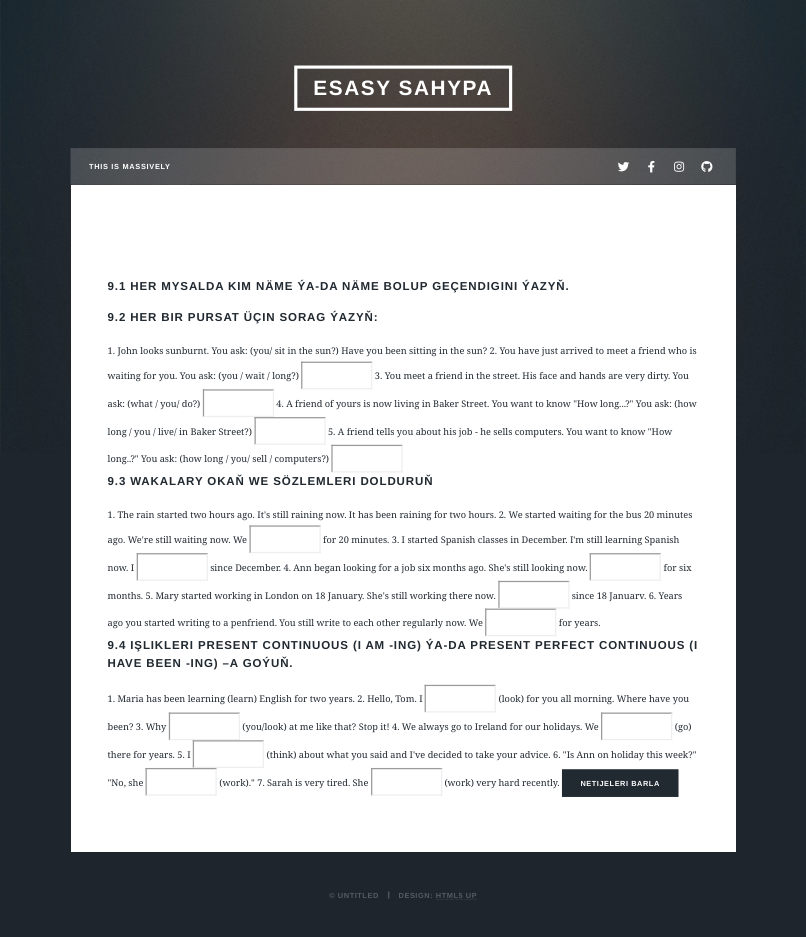
Repository: Sahet-dev/English-grammar-app
Page: test/test_unit _9.html
These files come from the project's save history. The page is drawn as it stood at one moment and after the next save; the edit follows.
The browser window is 1280 px wide. The pictures show the whole page, at 63% of full size.
Some web fonts or font styles are not loaded; a fallback is used.

Above is the page before, as saved 2022-06-24 16:01:48.

### test/test_unit _9.html
<!DOCTYPE HTML>
<!--
	Massively by HTML5 UP
	html5up.net | @ajlkn
	Free for personal and commercial use under the CCA 3.0 license (html5up.net/license)
-->
<html>
	<head>
		<title>Test </title>
		<meta charset="utf-8" />
		<meta name="viewport" content="width=device-width, initial-scale=1, user-scalable=no" />
		<link rel="stylesheet" href="../assets/css/test.css" />
		<noscript><link rel="stylesheet" href="../assets/css/noscript.css" /></noscript>
	</head>
	<body class="is-preload">

		<!-- Wrapper -->
			<div id="wrapper">

				<!-- Header -->
					<header id="header">
						<a href="index.html" class="logo">Esasy Sahypa</a>
					</header>

				<!-- Nav -->
					<nav id="nav">
						<ul class="links">
							<li><a href="units/.html">This is Massively</a></li>

						</ul>
						<ul class="icons">
							<li><a href="#" class="icon brands fa-twitter"><span class="label">Twitter</span></a></li>
							<li><a href="#" class="icon brands fa-facebook-f"><span class="label">Facebook</span></a></li>
							<li><a href="#" class="icon brands fa-instagram"><span class="label">Instagram</span></a></li>
							<li><a href="#" class="icon brands fa-github"><span class="label">GitHub</span></a></li>
						</ul>
					</nav>

				<!-- Main -->
					<div id="main">

						<!-- Post -->
							<section class="post">
								<header class="major">
									<h2>


									</h2>
								</header>

								<!-- Text stuff -->

									<p>
										<form action="results-unit-1.php" method="post">




										<h3>9.1 Her mysalda kim näme ýa-da näme  bolup geçendigini ýazyň.</h3>




														<h3>9.2

															Her bir pursat üçin sorag ýazyň:</h3>

															1. John looks sunburnt. You ask: (you/ sit in
															the sun?) Have you been sitting in the sun?

															2. You have just arrived to meet a friend
															who is waiting for you. You ask: (you / wait /
															long?) <input type="text" size="7" name="answer" value="">


															3. You meet a friend in the street. His face and

															hands are very dirty. You ask: (what / you/
															do?)  <input type="text" size="7" name="answer" value="">


															4. A friend of yours is now living in Baker
															Street. You want to know "How long...?" You
															ask: (how long / you / live/ in Baker Street?)  <input type="text" size="7" name="answer" value="">

															5. A friend tells you about his job - he sells
															computers. You want to know "How long..?"
															You ask: (how long / you/ sell / computers?)  <input type="text" size="7" name="answer" value="">

														<h3>9.3

															Wakalary  okaň we sözlemleri dolduruň</h3>

															1. The rain started two hours ago. It's still
															raining now. It has been raining for two hours.

															2. We started waiting for the bus 20 minutes
															ago. We're still waiting now.

															We  <input type="text" size="7" name="answer" value=""> for 20 minutes.

															3. I started Spanish classes in December. I'm
															still learning Spanish now.

															I  <input type="text" size="7" name="answer" value=""> since December.

															4. Ann began looking for a job six months ago.
															She's still looking now.

															 <input type="text" size="7" name="answer" value=""> for six months.

															5. Mary started working in London on 18
															January. She's still working there now.

															 <input type="text" size="7" name="answer" value=""> since 18 Januarv.

															6. Years ago you started writing to a penfriend.
															You still write to each other regularly now.

															We  <input type="text" size="7" name="answer" value="">  for years.

														<h3>9.4

															Işlikleri  present continuous (I am -ing) ýa-da present perfect continuous (I have been
															-ing) –a goýuň.</h3>

															1. Maria has been learning (learn) English for
															two years.

															2. Hello, Tom. I  <input type="text" size="7" name="answer" value="">   (look) for you all morning. Where have you been?


															3. Why  <input type="text" size="7" name="answer" value="">  (you/look) at me  like that? Stop it!


															4. We always go to Ireland for our holidays.
															We  <input type="text" size="7" name="answer" value=""> (go) there for years.

															5.  I  <input type="text" size="7" name="answer" value=""> (think) about what you said and I've decided to take your advice.


															6. "Is Ann on holiday this week?" "No, she  <input type="text" size="7" name="answer" value="">  (work)."

															7. Sarah is very tired. She  <input type="text" size="7" name="answer" value=""> (work) very hard recently.




											        <button class="button primary" type="submit">Netijeleri barla</button>
										</form>



									</p>


							</section>

					</div>


				<!-- Copyright -->
					<div id="copyright">
						<ul><li>&copy; Untitled</li><li>Design: <a href="https://html5up.net">HTML5 UP</a></li></ul>
					</div>

			</div>

		<!-- Scripts -->
			<script src="assets/js/jquery.min.js"></script>
			<script src="assets/js/jquery.scrollex.min.js"></script>
			<script src="assets/js/jquery.scrolly.min.js"></script>
			<script src="assets/js/browser.min.js"></script>
			<script src="assets/js/breakpoints.min.js"></script>
			<script src="assets/js/util.js"></script>
			<script src="assets/js/main.js"></script>

	</body>
</html>

Loaded but not shown: assets/js/jquery.min.js (library); assets/js/jquery.scrollex.min.js (common file); assets/js/jquery.scrolly.min.js (common file); assets/js/browser.min.js (common file); assets/js/breakpoints.min.js (common file); assets/css/fontawesome-all.min.css (library); assets/js/util.js (587 lines, source omitted); assets/js/main.js (258 lines, source omitted); assets/css/test.css (4689 lines, source omitted)

After the next save:
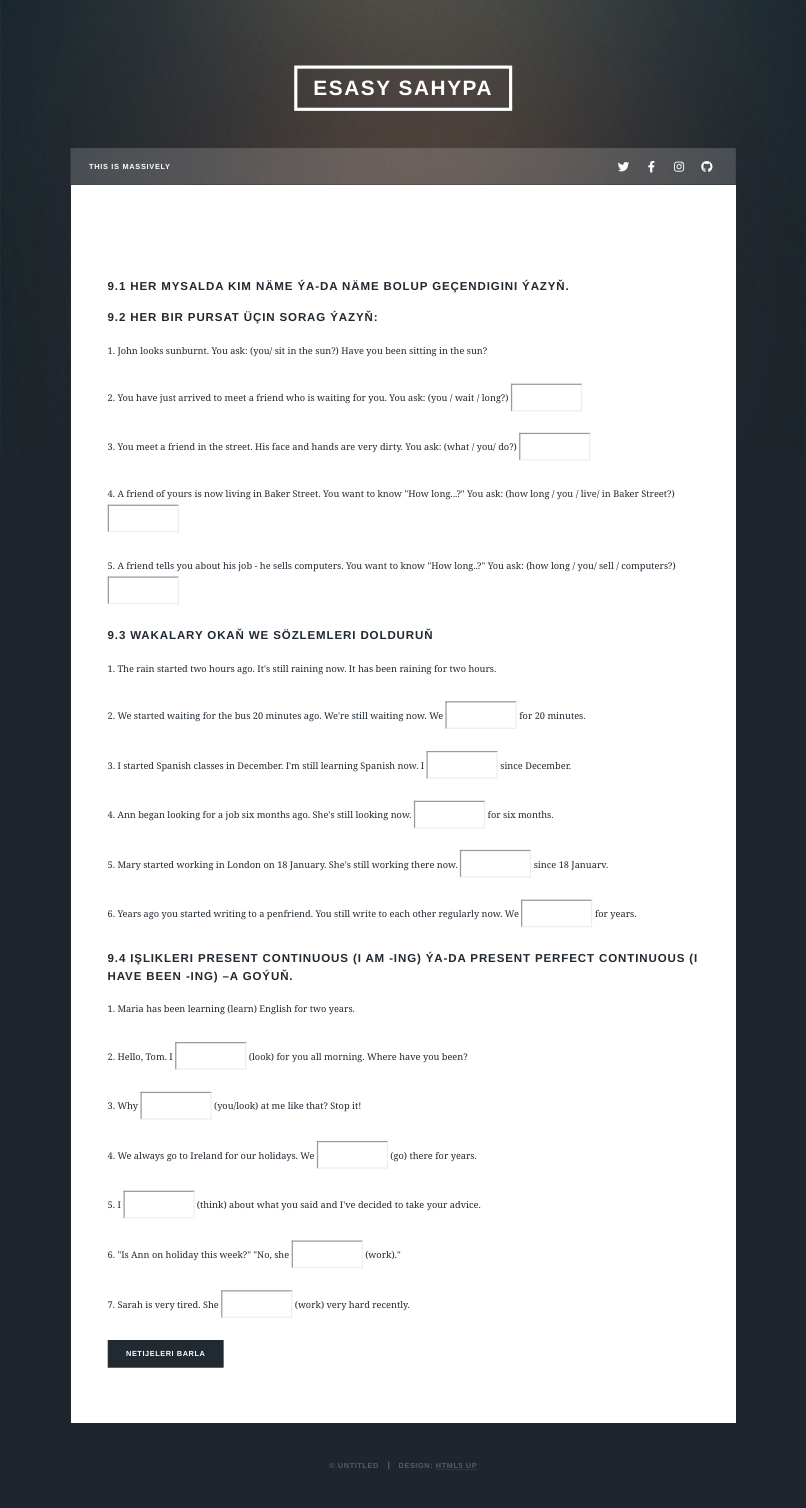
Saved 67 s later.
--- a/test/test_unit _9.html
+++ b/test/test_unit _9.html
@@ -56,7 +56,7 @@
 
 
 
-										<h3>9.1 Her mysalda kim näme ýa-da näme  bolup geçendigini ýazyň.</h3>
+										 <h3>9.1 Her mysalda kim näme ýa-da näme  bolup geçendigini ýazyň.</h3>
 
 
 
@@ -67,58 +67,58 @@
 
 															1. John looks sunburnt. You ask: (you/ sit in
 															the sun?) Have you been sitting in the sun?
-
+															<br><br>
 															2. You have just arrived to meet a friend
 															who is waiting for you. You ask: (you / wait /
 															long?) <input type="text" size="7" name="answer" value="">
-
+															<br><br>
 
 															3. You meet a friend in the street. His face and
 
 															hands are very dirty. You ask: (what / you/
 															do?)  <input type="text" size="7" name="answer" value="">
-
+															<br><br>
 
 															4. A friend of yours is now living in Baker
 															Street. You want to know "How long...?" You
 															ask: (how long / you / live/ in Baker Street?)  <input type="text" size="7" name="answer" value="">
-
+															<br><br>
 															5. A friend tells you about his job - he sells
 															computers. You want to know "How long..?"
 															You ask: (how long / you/ sell / computers?)  <input type="text" size="7" name="answer" value="">
-
+															<br><br>
 														<h3>9.3
 
 															Wakalary  okaň we sözlemleri dolduruň</h3>
 
 															1. The rain started two hours ago. It's still
 															raining now. It has been raining for two hours.
-
+															<br><br>
 															2. We started waiting for the bus 20 minutes
 															ago. We're still waiting now.
 
 															We  <input type="text" size="7" name="answer" value=""> for 20 minutes.
-
+															<br><br>
 															3. I started Spanish classes in December. I'm
 															still learning Spanish now.
 
 															I  <input type="text" size="7" name="answer" value=""> since December.
-
+															<br><br>
 															4. Ann began looking for a job six months ago.
 															She's still looking now.
 
 															 <input type="text" size="7" name="answer" value=""> for six months.
-
+															 <br><br>
 															5. Mary started working in London on 18
 															January. She's still working there now.
 
 															 <input type="text" size="7" name="answer" value=""> since 18 Januarv.
-
+															 <br><br>
 															6. Years ago you started writing to a penfriend.
 															You still write to each other regularly now.
 
 															We  <input type="text" size="7" name="answer" value="">  for years.
-
+															<br><br>
 														<h3>9.4
 
 															Işlikleri  present continuous (I am -ing) ýa-da present perfect continuous (I have been
@@ -126,23 +126,23 @@
 
 															1. Maria has been learning (learn) English for
 															two years.
-
+															<br><br>
 															2. Hello, Tom. I  <input type="text" size="7" name="answer" value="">   (look) for you all morning. Where have you been?
-
+															<br><br>
 
 															3. Why  <input type="text" size="7" name="answer" value="">  (you/look) at me  like that? Stop it!
-
+															<br><br>
 
 															4. We always go to Ireland for our holidays.
 															We  <input type="text" size="7" name="answer" value=""> (go) there for years.
-
+															<br><br>
 															5.  I  <input type="text" size="7" name="answer" value=""> (think) about what you said and I've decided to take your advice.
 
-
+															<br><br>
 															6. "Is Ann on holiday this week?" "No, she  <input type="text" size="7" name="answer" value="">  (work)."
-
+															<br><br>
 															7. Sarah is very tired. She  <input type="text" size="7" name="answer" value=""> (work) very hard recently.
-
+															<br><br>
 
 
 
